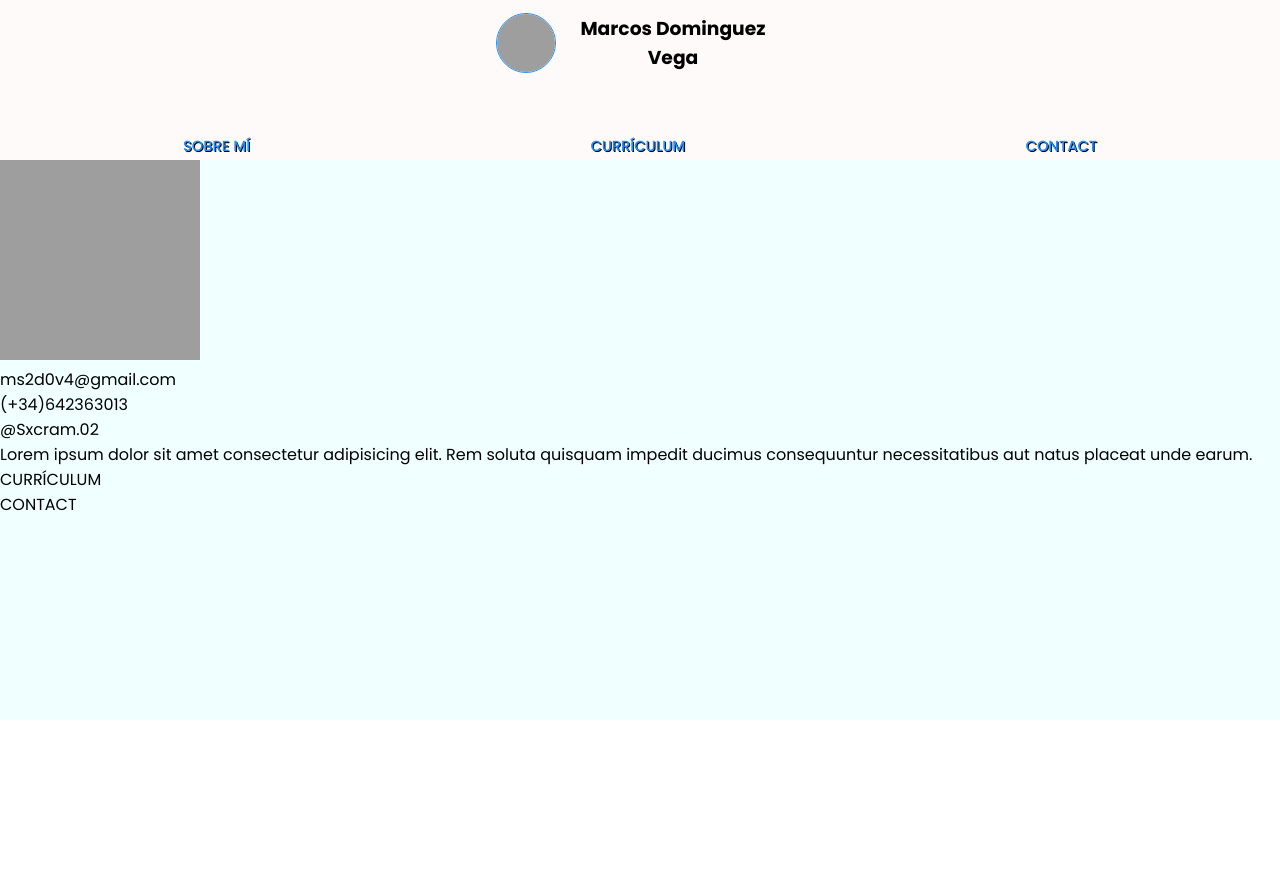
Repository: Sxcram02/Portfoliov.2
Page: index.html
These files come from the project's save history. The page is drawn as it stood at one moment and after a run of saves; the edit follows.
The browser window is 1280 px wide. The pictures show the whole page.
Pictures or frames that could not be fetched are drawn as grey boxes.

Above is the page before, as saved 2023-04-11 00:12:44.

After the next 5 saves:
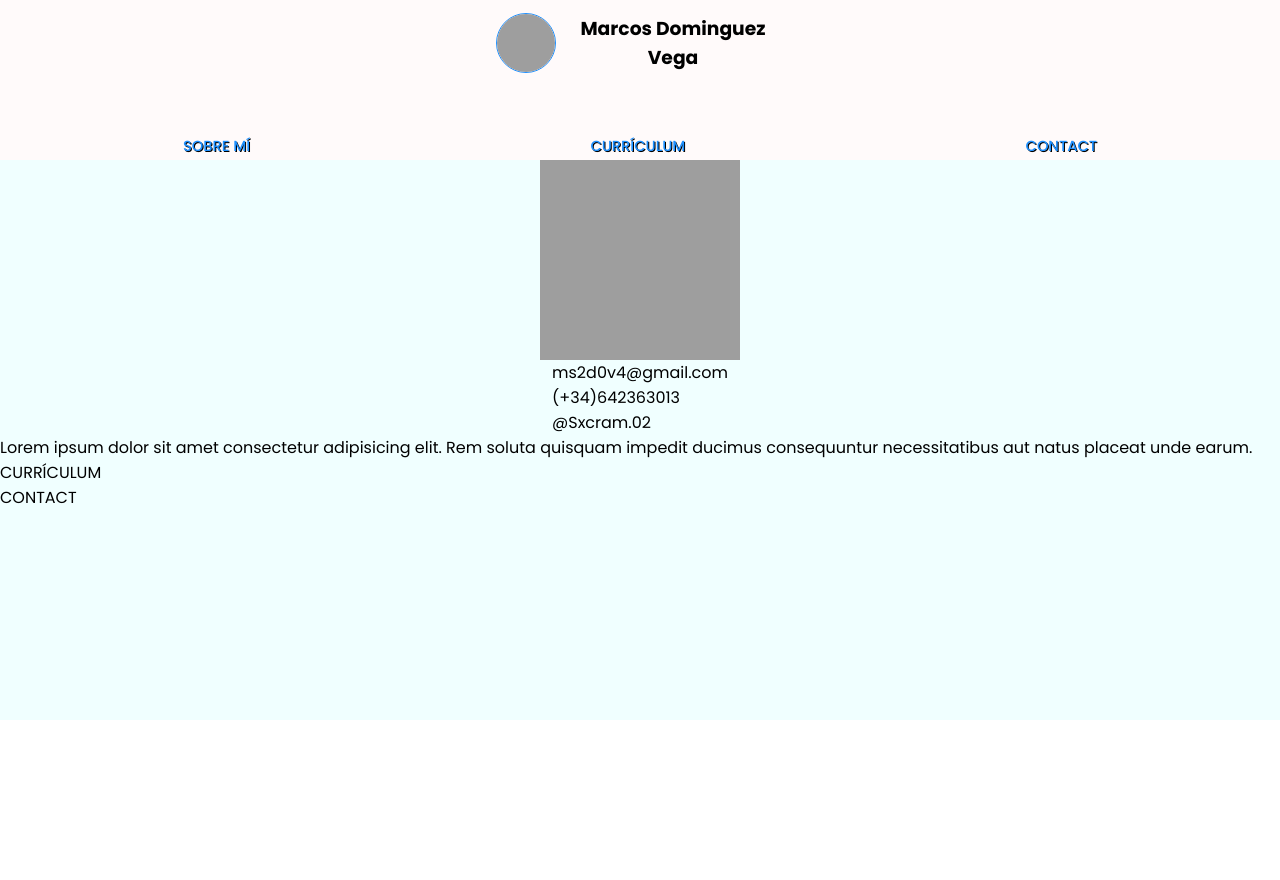
The 5 saves are shown as one change because they came seconds apart.
The last was saved 17 s later.
--- a/css/style.css
+++ b/css/style.css
@@ -82,4 +82,8 @@ main {
     grid-template-rows: repeat(2,1.4fr);
 }
 
-.box-image
+.box-image {
+    display: flex;
+    flex-direction: column;
+    align-items: center;
+}
